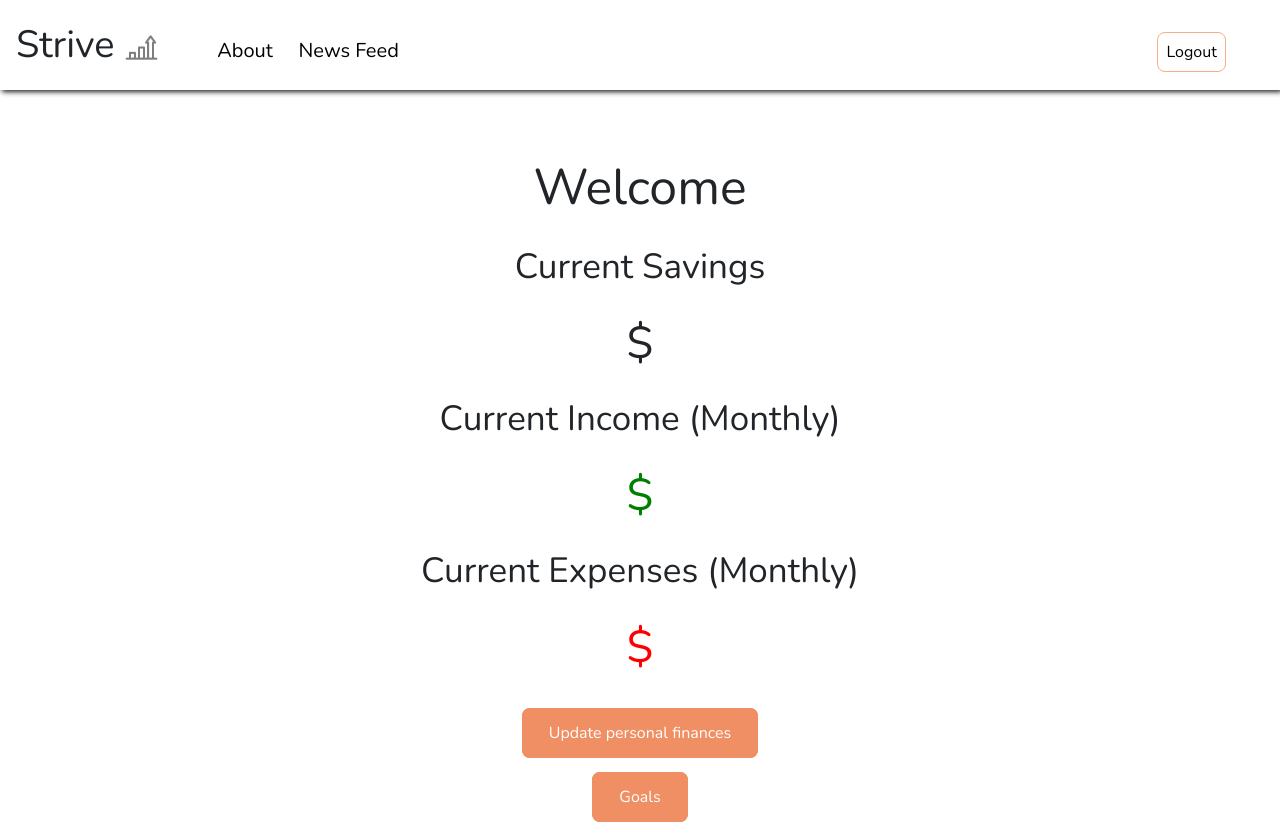
Repository: NoraOK/Strive
Page: http://localhost/strive/WEB-INF/strive/userHome.jsp
These files come from the project's save history. The page is drawn as it stood at one moment and after the next save; the edit follows.
The browser window is 1280 px wide. The pictures show the whole page.
The page is served by Tomcat 9. Nobody is signed in. Other server files are loaded and not shown. The template is opened directly, without the code that normally fills it, so the values that code supplies are empty.

Above is the page before, as saved 2019-12-19 21:38:19.

### strive/src/main/webapp/WEB-INF/strive/userHome.jsp
<%@ page language="java" contentType="text/html; charset=UTF-8"
    pageEncoding="UTF-8"%>
<%@ taglib prefix="c" uri="http://java.sun.com/jsp/jstl/core"%>

<!DOCTYPE html>
<html>
<head>
<meta charset="UTF-8">
<title>Strive | Home</title>
	<link rel="stylesheet"
	href="https://stackpath.bootstrapcdn.com/bootstrap/4.3.1/css/bootstrap.min.css"
	integrity="sha384-ggOyR0iXCbMQv3Xipma34MD+dH/1fQ784/j6cY/iJTQUOhcWr7x9JvoRxT2MZw1T"
	crossorigin="anonymous">
	<link href="/css/userHome.css" rel="stylesheet" type="text/css" />
	<link href="https://fonts.googleapis.com/css?family=Nunito:200,400,700&display=swap" rel="stylesheet">
</head>
<body>
	<div>
		<jsp:include page="header.jsp"/>
	</div>
	<div class="body container col-7">
		<div class="info">
			<p class="welcome"> Welcome <c:out value="${user.firstName}"/></p>
			<p class="labels">Current Savings</p>
			<p class="fig">$ <c:out value="${user.currentBalance}"/> </p>
			<p class="labels">Current Income (Monthly)</p>
			<p class="fig inc">$ <c:out value="${user.currentIncome}"/> </p>
			<p class="labels">Current Expenses (Monthly)</p>
			<p class="fig exp">$ <c:out value="${user.currentIncome}"/></p>
		</div>
		<p class="one"><a href="/updateFinances" class="button1">Update personal finances</a></p>
		<p class="two"><a href="/goals" class="button1">Goals</a></p>
	</div>
</body>
</html>

### strive/src/main/webapp/WEB-INF/strive/header.jsp
<%@ page language="java" contentType="text/html; charset=UTF-8"
    pageEncoding="UTF-8"%>
<!DOCTYPE html>
<html>
<head>
<meta charset="UTF-8">
<title>Insert title here</title>
	<link rel="stylesheet" href="https://stackpath.bootstrapcdn.com/bootstrap/4.3.1/css/bootstrap.min.css" integrity="sha384-ggOyR0iXCbMQv3Xipma34MD+dH/1fQ784/j6cY/iJTQUOhcWr7x9JvoRxT2MZw1T" crossorigin="anonymous">
	<link href="/css/header.css" rel="stylesheet" type="text/css"/>
	<link href="https://fonts.googleapis.com/css?family=Nunito&display=swap" rel="stylesheet">
</head>
<body>
	<header class="p-3">
		<div class="logo d-inline">
			<p class="d-inline">Strive <img class="header_img" src="/images/icon2.png" alt=""></p>
			<div class="d-inline links pl-5">
				<a class="d-inline link" href="">About</a>
				<a class="d-inline link pl-3" href="/feed">News Feed</a>
			</div>
		</div>
		<div class="buttons d-inline">
			<a href="/logout" class="logout_button">Logout</a>
		</div>
	</header>
</body>
</html>

### strive/src/main/resources/static/css/userHome.css
.body{
	padding-top: 150px;
	font-family: 'Nunito', sans-serif;
	text-align:center;
}

.button1{
	border:2px solid #EF8F63 ;
	border-radius: 8px;
	background-color: #EF8F63;
 	padding: 12px 25px;
 	color: white;
 	width: 100%
}

.button1:hover{
	border:2px solid #F9AD86 ;
	border-radius: 8px;
	background-color: #F9AD86;
 	padding: 12px 25px;
 	color: white;
 	width: 100%

}
.one{
	margin-top: 40px;
}
.two{
	margin-top: 40px;
}

.welcome{
	font-weight: 200;
	font-size: 50px;
}

.labels{
	font-weight: 200;
	font-size: 35px;
}

.inc{
	color: green;
}
.exp{
	color: red;
}

.fig{
	font-size: 45px;
}

### strive/src/main/resources/static/css/header.css
header{
	box-shadow: 2px 2px 5px;
	height: 90px;
	z-index: 10;
    position: fixed;
    width: 100%;
    font-family:'Nunito', sans-serif;
    background-color: white;
}

.logo{
	font-size: 38px;

}
.header_img{
	background-color: white;
	width: 35px;
	opacity: .5;
}

.button{
	font-size: 17px;
	color: black;
}

.link {
	font-size: 20px;
	color: black;
}

a:link {
  text-decoration: none;
}

a:visited {
  text-decoration: none;
}

a:hover {
  text-decoration: none;
}

.logout_button{
	border: solid 1.5px #F9AD86;
	border-radius: 8px;
	padding:  8px;
	color: black;
}

.logout_button:hover {
	background-color: #F9AD86;
	color: white;
}

.buttons{
	margin-left: 60%;
}

.home_button{
	color: black;
}

After the next save:
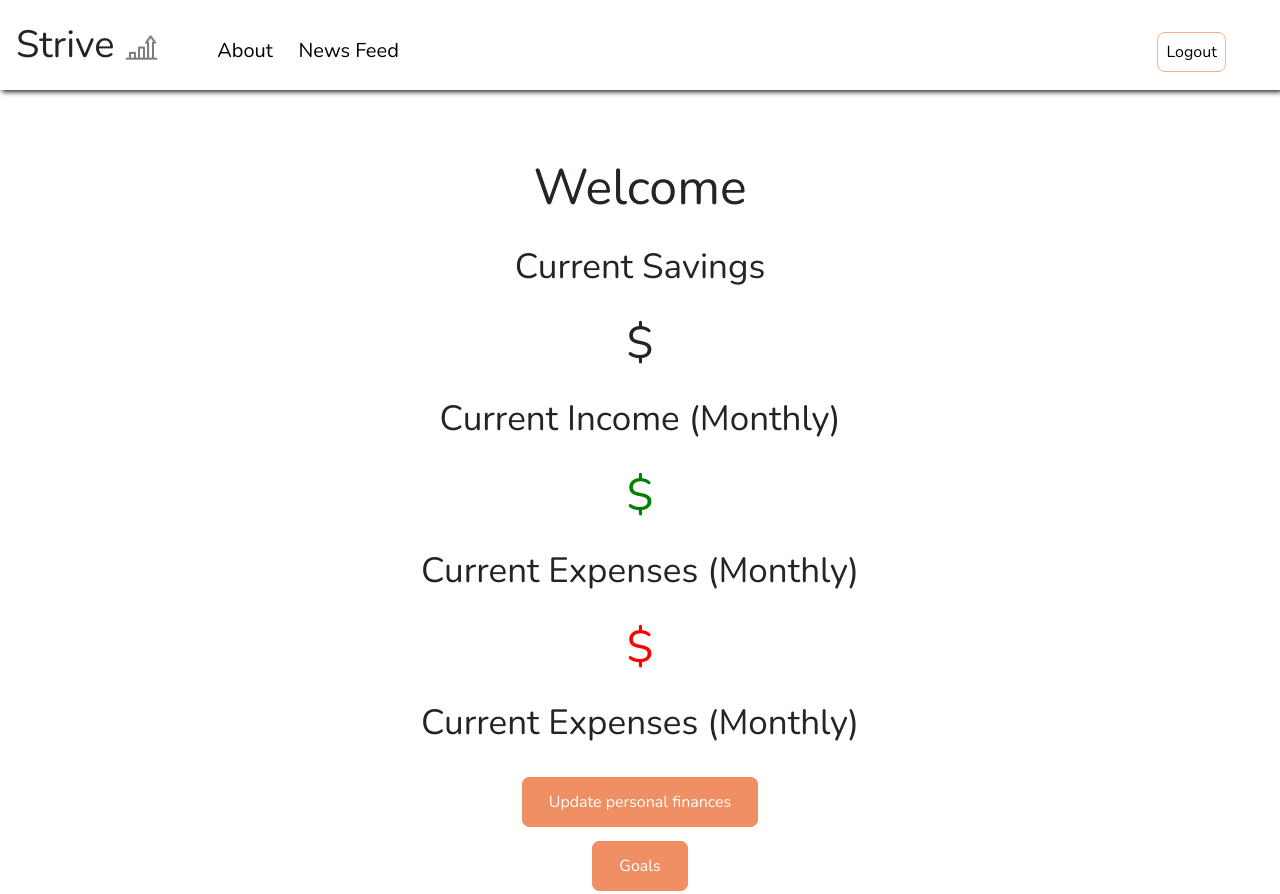
Saved 12 min 20 s later.
--- a/strive/src/main/webapp/WEB-INF/strive/userHome.jsp
+++ b/strive/src/main/webapp/WEB-INF/strive/userHome.jsp
@@ -27,6 +27,9 @@
 			<p class="fig inc">$ <c:out value="${user.currentIncome}"/> </p>
 			<p class="labels">Current Expenses (Monthly)</p>
 			<p class="fig exp">$ <c:out value="${user.currentIncome}"/></p>
+			<p class="labels">Current Expenses (Monthly)</p>
+
+			<p class="">
 		</div>
 		<p class="one"><a href="/updateFinances" class="button1">Update personal finances</a></p>
 		<p class="two"><a href="/goals" class="button1">Goals</a></p>
